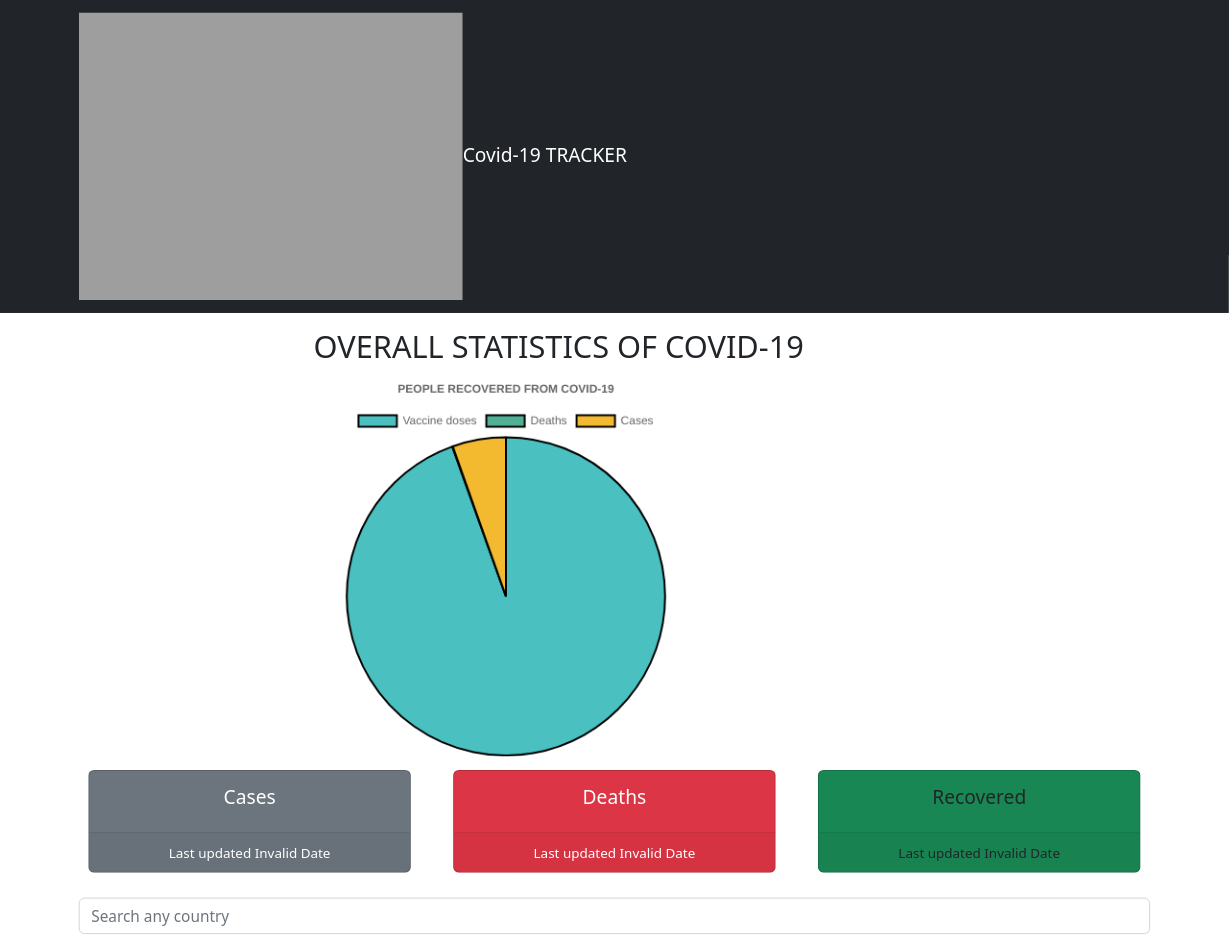
Repository: azizdeghais/CovidTracker
Page: /
The author's editor kept a copy of each file at every save. The page is drawn from the files as they stood at one save, then again after the next save.
The browser window is 1280 px wide. The pictures show the whole page, at 96% of full size.
Pictures or frames that could not be fetched are drawn as grey boxes. The page's requests for data from a server got no answer. The project was rebuilt for these pictures with package versions that can differ from the ones it lists, and the page was loaded fresh each time. No one was signed in, and anything a server would have sent is missing. Also part of the build but not shown: vite.config.js.

Above is the page before, as saved 2023-03-10 20:20:38.

After the next save:
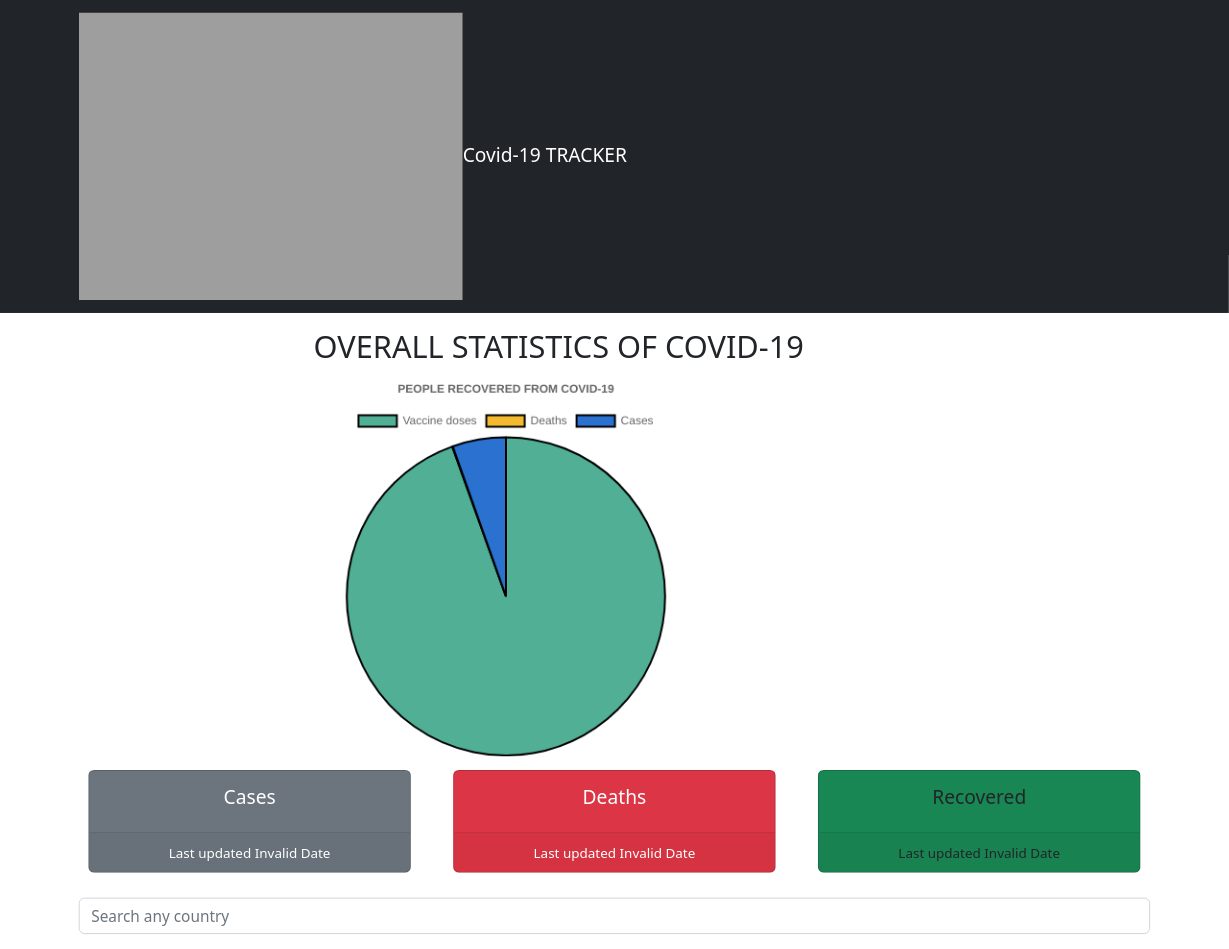
Saved 7 s later.
--- a/src/App.jsx
+++ b/src/App.jsx
@@ -33,7 +33,6 @@ function App() {
         label: "Users Gained ",
         data: Data.map((data) => data.userGain),
         backgroundColor: [
-          "rgba(75,192,192,1)",
           "#50AF95",
           "#f3ba2f",
           "#2a71d0"
